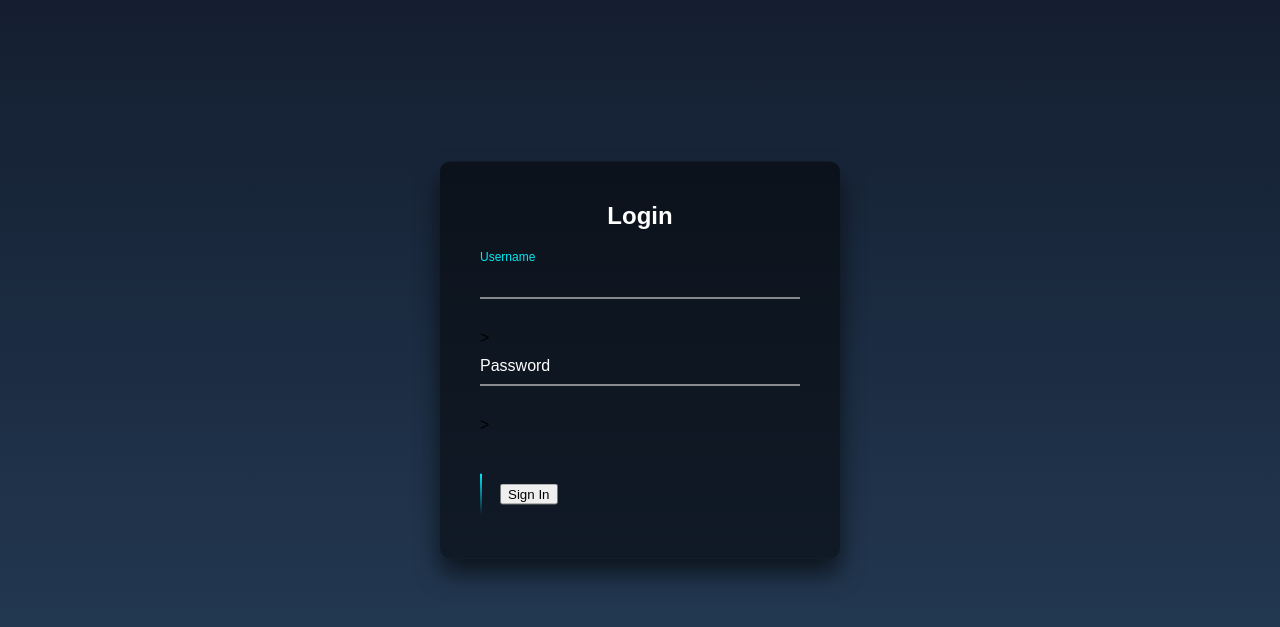
Repository: vanmai1912/CouresePJ
Page: http://localhost/login/
The author's editor kept a copy of each file at every save. The page is drawn from the files as they stood at one save, then again after the next save.
The browser window is 1280 px wide. The pictures show the whole page.
The page is served by the project's application, run on Django 4.2 (manage.py).

Above is the page before, as saved 2023-03-21 16:10:26.

After the next save:
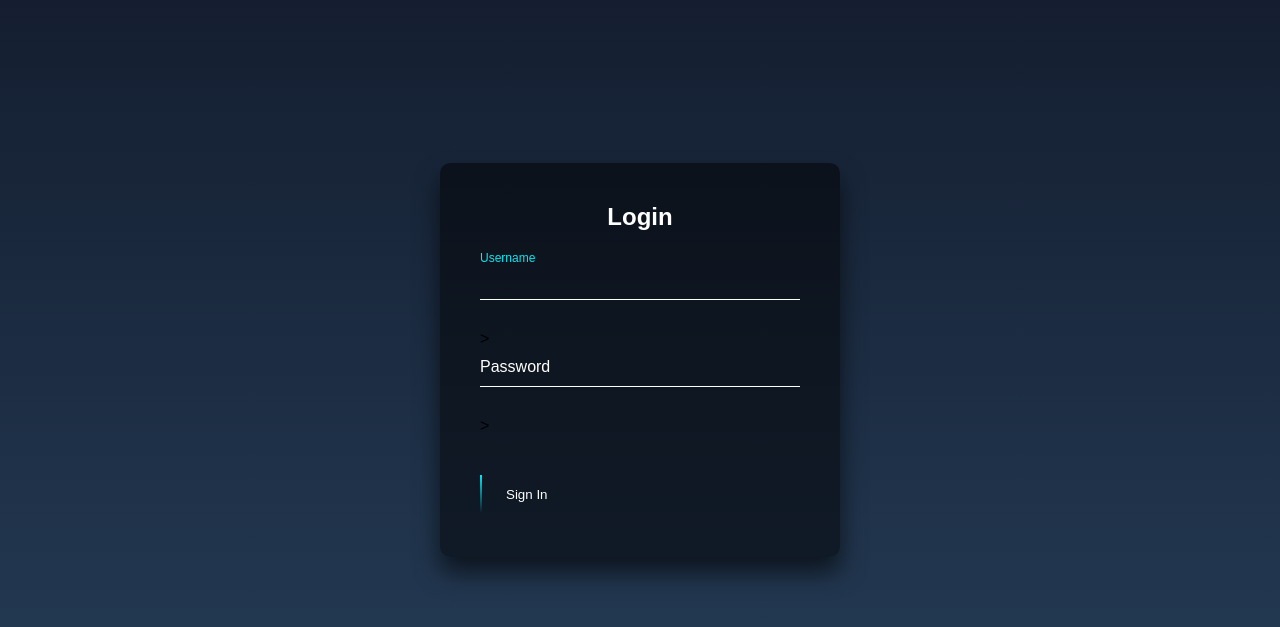
Saved 107 s later.
--- a/Courses/static/css/login.css
+++ b/Courses/static/css/login.css
@@ -165,6 +165,8 @@ html {
       bottom: 100%;
     }
   }
-  input[submit]{
+  input[type='submit']{
     background-color: transparent;
+    color: #fff;
+    border: none;
   }
